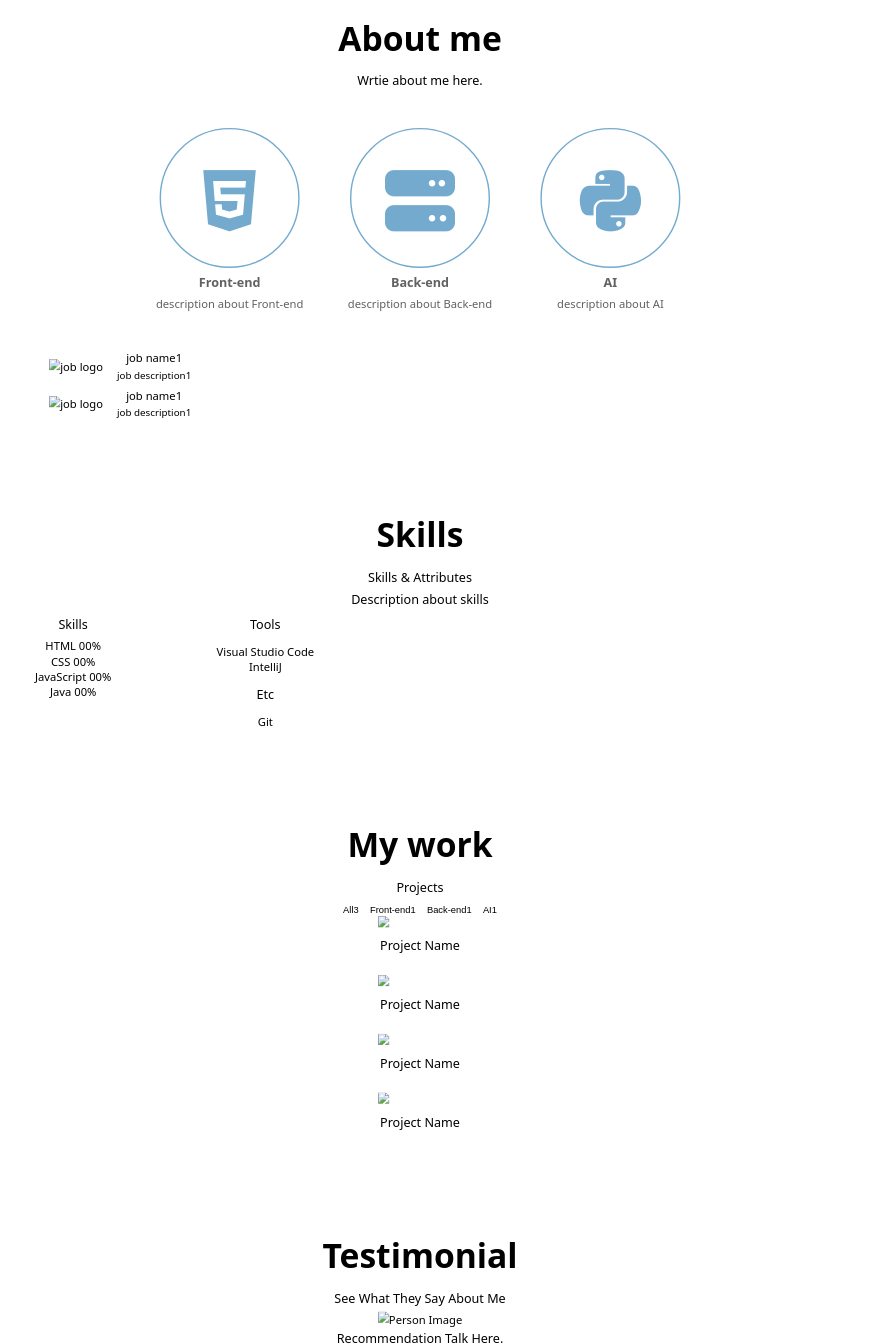
Repository: YEOMJINSEOP/yeomjinseop.github.io
Page: index.html
The author's editor kept a copy of each file at every save. The page is drawn from the files as they stood at one save, then again after the next save.
The browser window is 1280 px wide. The pictures show the part of the page from y = 644 to 2564 px (the page is 3015 px tall), at 70% of full size.
Some web libraries are served in a nearby version.

Above is the page before, as saved 2022-08-14 16:07:27.

### index.html
<!DOCTYPE html>
<html lang="en">
<head>
  <meta charset="UTF-8">
  <meta http-equiv="X-UA-Compatible" content="IE=edge">
  <meta name="viewport" content="width=device-width, initial-scale=1.0">
  <title>Jinseop's Portfolio</title>
  <meta name="author" content="Jinseop Yeom">
  <meta name="description" content="Portfolio Website For Jinseop Yeom">

  <!--Logo Image-->
  <link rel="icon" type="image/png" href="images/favicon.png">


  <!--Font Awesome-->
  <script src="https://kit.fontawesome.com/d24b25bb21.js" crossorigin="anonymous"></script>

  <!--Google Fonts-->
  <link rel="preconnect" href="https://fonts.googleapis.com">
  <link rel="preconnect" href="https://fonts.gstatic.com" crossorigin>
  <link href="https://fonts.googleapis.com/css2?family=Open+Sans:wght@400;600;700&display=swap" rel="stylesheet">

  <!--CSS-->
  <link rel="stylesheet" href="style.css">

  <!--JavaScript-->
  <script src="main.js" defer></script>

</head>
<body>
  <!--Navbar-->
  <nav id="navbar">
    <div class="navbar__logo">
      <i class="fa-solid fa-utensils"></i>
      <a href="#">Yeom JinSeop</a>
    </div>
    <div>
      <ul class="navbar__menu">
        <li class="navbar__menu__item active">Home</li>
        <li class="navbar__menu__item">About</li>
        <li class="navbar__menu__item">Skill</li>
        <li class="navbar__menu__item">My work</li>
        <li class="navbar__menu__item">Testimonial</li>
        <li class="navbar__menu__item">Contact</li>
      </ul>
    </div>
  </nav>

  <!-- Home -->
  <section id="home" class="section">
    <img src="/images/whileimage.png" alt="Jinseop's image" class="home__avatar">
    <h1 class="home__title">Welcome! <br/> Jinseop's Portfolio</h1>
    <h3 class="home__description">Type Home Description Here.</h3>
    <button class="home__button">Contact Me</button>
  </section>

  <!--About-->
  <section id="about" class="section">
    <h1>About me</h1>
    <p>Wrtie about me here.</p>

    <div class="about__majors">
      <div class="about__majors">
      <div class="major">
        <div class="major__icon">
          <i class="fa-brands fa-html5"></i>
        </div>
        <div class="major__title">
          Front-end
        </div>
        <div class="major__description">
          description about Front-end
        </div>
      </div>

      <div class="major">
        <div class="major__icon">
          <i class="fa-solid fa-server"></i>
        </div>
        <div class="major__title">
          Back-end
        </div>
        <div class="major__description">
          description about Back-end
        </div>
      </div>


      <div class="major">
        <div class="major__icon">
          <i class="fa-brands fa-python"></i>
        </div>
        <div class="major__title">
          AI
        </div>
        <div class="major__description">
          description about AI
        </div>
      </div>
    </div>
  </div>

    <div class="about__jobs">
      <div class="job">
        <img src="" alt="job logo" class="job__logo">
        <div class="job__info">
          <p class="job__name">job name1</p>
          <p class="job__description">job description1</p>
        </div>
      </div>
      <div class="job">
        <img src="" alt="job logo" class="job__logo">
        <div class="job__info">
          <p class="job__name">job name1</p>
          <p class="job__description">job description1</p>
        </div>
      </div>
    </div>
  </section>

  <!--Skills-->
  <section id="skills" class="section">
    <h1>Skills</h1>
    <h3>Skills & Attributes</h3>
    <p>Description about skills</p>
    <div class="skillset">
      <div class="skillset__left">
        <h3 class="skillset__title">Skills</h3>
        <div class="skill">
          <div class="skill_description">
            <span>HTML</span>
            <span>00%</span>
          </div>

          <div class="skill__bar">
            <div class="skill__value"></div>
          </div>
        </div>

        <div class="skill">
          <div class="skill_description">
            <span>CSS</span>
            <span>00%</span>
          </div>

          <div class="skill__bar">
            <div class="skill__value"></div>
          </div>

          <div class="skill">
            <div class="skill_description">
              <span>JavaScript</span>
              <span>00%</span>
            </div>

            <div class="skill__bar">
              <div class="skill__value"></div>
            </div>
          </div>
        </div>

        <div class="skill">
          <div class="skill_description">
            <span>Java</span>
            <span>00%</span>
          </div>

          <div class="skill__bar">
            <div class="skill__value"></div>
          </div>
        </div>
      </div>
      <div class="skillset_right">
        <div class="tools">
          <h3 class="skillset__title">Tools</h3>
          <ul class="tools_list">
            <li><span>Visual Studio Code</span></li>
            <li><span>IntelliJ</span></li>
          </ul>
        </div>

        <div class="etc">
          <h3 class="skillset__title">Etc</h3>
          <ul class="etc__list">
            <li><span>Git</span></li>
          </ul>
        </div>

      </div>
    </div>
  </section>

  <!--Work-->
  <section id="work" class="section">
    <h1>My work</h1>
    <h3>Projects</h3>
    <div class="work__categories">
      <button class="category__btn">All<span class="category__count">3</span></button>
      <button class="category__btn">Front-end<span class="category__count">1</span></button>
      <button class="category__btn">Back-end<span class="category__count">1</span></button>
      <button class="category__btn">AI<span class="category__count">1</span></button>
    </div>

    <div class="work__projects">
      <a href="#" class="project" target="blank">
        <img src="" alt="project image" class="project__image">
        <div class="project__description">
          <h3>Project Name</h3>
          <span>Description about Project</span>
        </div>
      </a>

      <a href="#" class="project" target="blank">
        <img src="" alt="project image" class="project__image">
        <div class="project__description">
          <h3>Project Name</h3>
          <span>Description about Project</span>
        </div>
      </a>

      <a href="#" class="project" target="blank">
        <img src="" alt="project image" class="project__image">
        <div class="project__description">
          <h3>Project Name</h3>
          <span>Description about Project</span>
        </div>
      </a>

      <a href="#" class="project" target="blank">
        <img src="" alt="project image" class="project__image">
        <div class="project__description">
          <h3>Project Name</h3>
          <span>Description about Project</span>
        </div>
      </a>
    </div>
  </section>

  <!--Testimonial-->
  <section id="testimonial" class="section">
    <h1>Testimonial</h1>
    <h3>See What They Say About Me</h3>
    <div class="testimonials">
      <div class="testimonial">
        <img src="" alt="Person Image" class="testimonial__avatar">
        <div class="testimonial__speech_bubble">
          <p>Recommendation Talk Here.</p>
          <p class="name"><a href="#">Professor A</a></p>
        </div>
      </div>

      <div class="testimonial">
        <img src="" alt="Person Image" class="testimonial__avatar">
        <div class="testimonial__speech_bubble">
          <p>Recommendation Talk Here.</p>
          <p class="name"><a href="#">Professor A</a></p>
        </div>
      </div>
    </div>
  </section>

  <!--Contact-->
  <section id="contact" class="section">
    <h1>Let's Talk</h1>
    <h3>yeom_123@naver.com</h3>
    <div class="contact_links">
      <a href="#" target="blank">
        <i class = "fab fa-github"></i>
      </a>

      <a href="#" target="blank">
        <i class = "fa fa-linkedin-square"></i>
      </a>
    </div>
    <p class="contact_rights">
      2022 YEOM JINSEOP - All rights reserved
    </p>
  </section>
</body>
</html>

### style.css
 /* Global */

 :root{
  /* Color */
  --color-white: #ffffff;
  --color-light-white: #eeeeee;
  --color-dark-whtie: #bdbdbd;
  --color-pink: #fe918d;
  --color-dark-pink: #ff6863;
  --color-black: #4d4d4d;
  --color-grey: #616161;
  --color-light-gray: #7c7979;
  --color-blue: #73aace;
  --color-yellow: #fff7d1;
  --color-orange: #feb546;
  --color-black: #000000;

  /* Font size */
  --font-large: 48px;
  --font-medium: 28px;
  --font-regular: 18px;
  --font-small: 16px;
  --font-micro: 14px;


  /* Font Weight */
  --weight-bold: 700;
  --weight-semi-bold: 600;
  --weight-regular: 400;

  /* Size */
  --size-border-radius: 4px;

  /* Animation */
  --animation-duration: 300ms;

 }

 /* Universal tages */
 * {
  box-sizing: border-box;
 }

 body{
  margin: 0;
  font-family:system-ui, -apple-system, BlinkMacSystemFont, 'Segoe UI', Roboto, Oxygen, Ubuntu, Cantarell, 'Open Sans', 'Helvetica Neue', sans-serif;
  cursor: default;
}

 a{
  text-decoration: none;
  color: var(--color-white);
 }

 ul{
  list-style: none;
  padding-left: 0;
 }

 button{
  background-color: transparent;
  border: none;
  cursor: pointer;
 }



 /* Typography */

 h1{
  font-size: var(--font-large);
  font-weight: var(--weight-bold);
  color: var(--color-black);
  margin: 16px 0;
 }

 h2{
  font-size: var(--font-medium);
  font-weight: var(--weight-semi-bold);
  color: var(--color-black);
  margin: 8px 0;
 }

 h3{
  font-size: var(--font-regular);
  font-weight: var(--weight-regular);
  color: var(--color-black);
  margin: 8px 0;
 }

 p{
  font-size: var(--font-regular);
  font-weight:  var(--font-regular);
  color: var(--color-black);
  margin: 4px 0;
 }

 /* Body  */

 /* Nav */
 #navbar{
  display: flex;
  justify-content: space-between;
  align-items: center;
  background-color: var(--color-pink);
  color: var(--color-white);
  padding: 16px;
 }

 .navbar__logo{
  font-size: var(--font-medium);
  font-weight: var(--weight-semi-bold);
  padding: 8px 12px;
 }

 .navbar__menu{
  display: flex;
  font-size: var(--font-small);
  font-weight: var(--weight-regular);
 }

 .navbar__menu__item.active{
  border: 1px solid white;
 }

 .navbar__menu__item{
  padding: 8px 12px;
  margin: 0 4px;
  border-radius: var(--size-border-radius);
  cursor: pointer;
 }

 .navbar__menu__item:hover{
  background-color: var(--color-dark-pink);
 }

 /* Home */

 #home{
  background-color: var(--color-dark-pink);
  background-position: center;
  background-repeat: no-repeat;
  background-size: cover;
  padding: 40px;
  text-align: center;
 }

 .home__avatar{
  border: 2px solid var(--color-white);
  border-radius: 50%;
  width: 200px;
  height: 200px;
 }

 .home__title,
 .home__description{
  font-size: var(--font-medium);
  color: var(--color-white);
  padding: 4px;
 }

 .home__button{
  border: 1px solid var(--color-white);
  padding: 8px 12px;
  margin-top: 8px;
  color: var(--color-white);
 }

.home__button:hover{
  background-color: var(--color-dark-pink);
}

/* Section Common */
.section{
  padding: 50px;
  text-align: center;
  max-width: 1200px;
}

/* About */

.about__majors{
  display: flex;
  justify-content: center;
  margin: 8px 12px;
  padding: 12px;
}

.major{
  margin: 8px 24px;
}

.major__icon{
  height: 200px;
  width: 200px;
  font-size: 100px;
  line-height: 200px;
  border: 2px solid var(--color-blue);
  border-radius: 50%;
  color: var(--color-blue);
  margin: 8px 12px;
  transition: all var(--animation-duration) linear;
}

.major__icon:hover{
  color: var(--color-orange);
  border-color: var(--color-orange);
}

.major__icon:hover i{
  transform: scale(120%);
}


.major__title {
  font-size: var(--font-regular);
  font-weight: var(--weight-semi-bold);
  color:var(--color-grey);
  margin: 8px;;
}

.major__description{
  font-size: var(--font-small);
  color: var(--color-grey);
}

.about__jobs{
  margin: 12px 0;
}

.job{
  display: flex;
  align-items: center;
}

.job__logo{
  padding: 8px;
  margin: 4px 12px;
}

.job__name{
  font-size: var(--font-small);
}

.job__description{
  font-size: var(--font-micro);
}

/* Skill */
.skillset{
  display: flex;
  margin: auto;
}

.skillset_left{
  flex-basis: 60%;
}

.skillset_right{
  flex-basis:40%;
}

Loaded but not shown: main.js (no copy from this time; the picture is the same without it)

After the next save:
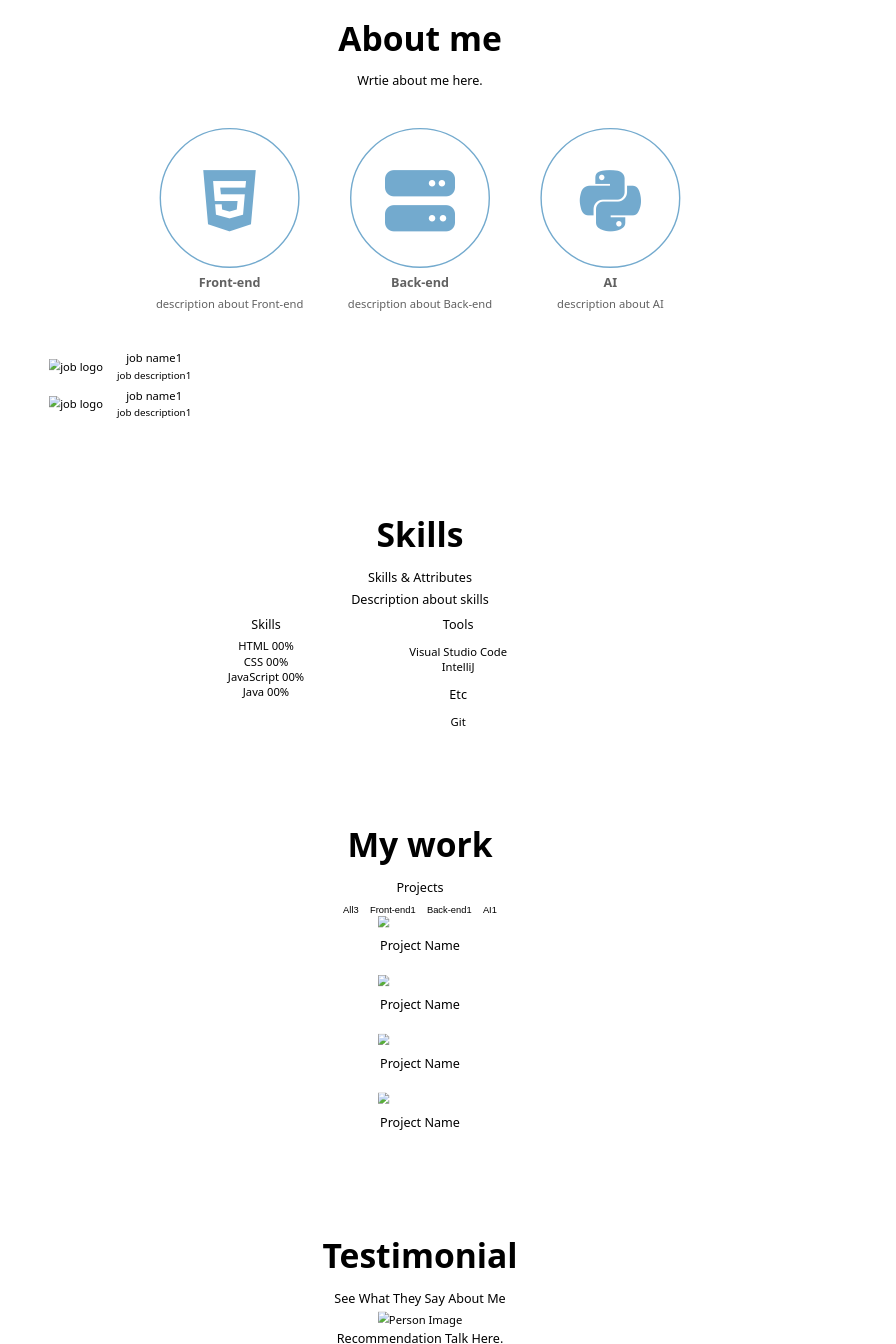
Saved 17 s later.
--- a/style.css
+++ b/style.css
@@ -249,7 +249,7 @@
 /* Skill */
 .skillset{
   display: flex;
-  margin: auto;
+  justify-content: center;
 }
 
 .skillset_left{
